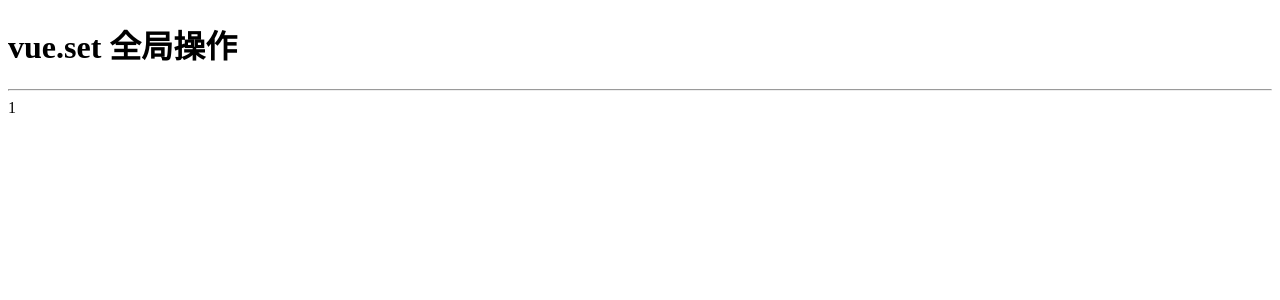
Repository: 13982720426/vue2.0-LearningNotes
Page: example/vue.set.html
An editor plug-in stored every save of this project. The page is shown before and after the next save, followed by the edit.
The browser window is 1280 px wide. The pictures show the whole page.

Above is the page before, as saved 2021-06-24 17:13:50.

After the next save:
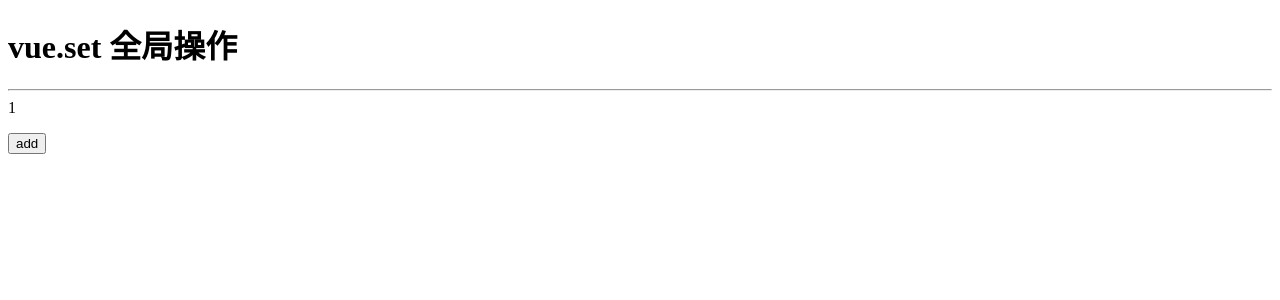
Saved 2 min 16 s later.
--- a/example/vue.set.html
+++ b/example/vue.set.html
@@ -11,6 +11,9 @@
     <h1>vue.set 全局操作</h1>
     <hr />
     <div id="app">{{count}}</div>
+    <p>
+      <button onclick="add()">add</button>
+    </p>
     <script type="text/javascript">
       var outData = {
         count: 1,
